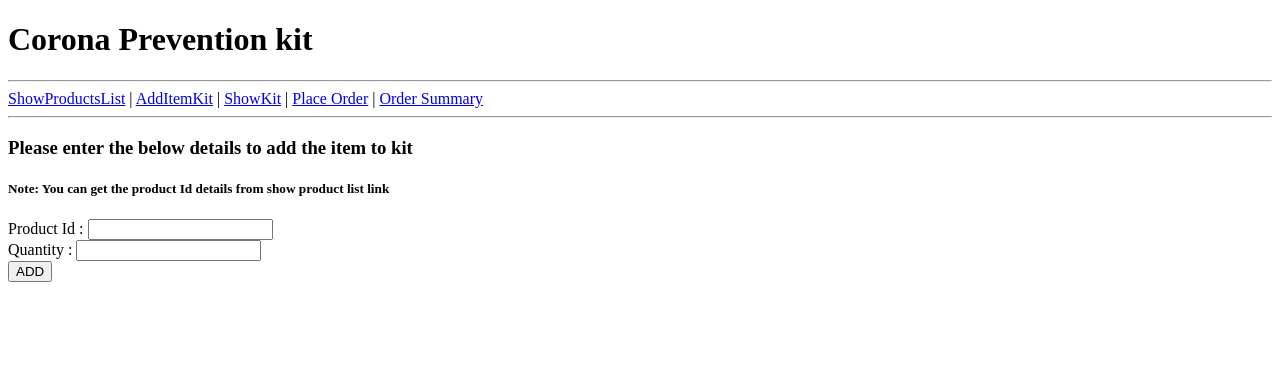
Repository: phanisree-chava/SBA-REPO
Page: http://localhost/CoronakitManagementPortal/newitemkit
The author's editor kept a copy of each file at every save. The page is drawn from the files as they stood at one save, then again after the next save.
The browser window is 1280 px wide. The pictures show the whole page.
The page is served by Tomcat 9. Other server files are loaded and not shown.

Above is the page before, as saved 2020-08-23 18:07:55.

### CoronakitManagementPortal/WebContent/additemkit.jsp
<%@ page language="java" contentType="text/html; charset=ISO-8859-1"
    pageEncoding="ISO-8859-1"%>

<%@ taglib prefix="c" uri="http://java.sun.com/jstl/core_rt" %>

<!DOCTYPE html>
<html>
<head>
<meta charset="ISO-8859-1">
<title>Corona Kit-All Products(user)</title>
</head>
<body>

	<jsp:include page="userheader.jsp" />

	<h3>Please enter the below details to add the item to kit</h3>
	<h5>Note: You can get the product Id details from show product list link</h5>

	<form action="additemkit">
		<div>
			<label>Product Id : </label>
			<input type="number"  name="productId" required  />
		</div>
		<div>
			<label>Quantity : </label>
			<input type="number" name="quantity"  required />
		</div>

		 <button>ADD</button>

	</form>
</body>
</html>

### CoronakitManagementPortal/WebContent/userheader.jsp
<header>
	<h1>Corona Prevention kit</h1>
	<hr />
		<nav>

			<a href="showproducts">ShowProductsList</a>
			<span>|</span>
			<a href="newitemkit">AddItemKit</a>
			<span>|</span>
			<a href="showkit">ShowKit</a>
			<span>|</span>
			<a href="placeorder">Place Order</a>
			<span>|</span>
			<a href="ordersummary">Order Summary</a>
		</nav>
	<hr />
</header>

### CoronakitManagementPortal/src/com/wellsfargo/fsd/cpk/controller/UserController.java
package com.wellsfargo.fsd.cpk.controller;

import java.io.IOException;
import java.time.LocalDate;
import java.time.LocalDateTime;
import java.util.List;

import javax.servlet.ServletException;
import javax.servlet.annotation.WebServlet;
import javax.servlet.http.HttpServlet;
import javax.servlet.http.HttpServletRequest;
import javax.servlet.http.HttpServletResponse;

import com.wellsfargo.fsd.cpk.dao.KitDetailDao;
import com.wellsfargo.fsd.cpk.entity.CoronaKit;
import com.wellsfargo.fsd.cpk.entity.KitDetail;
import com.wellsfargo.fsd.cpk.entity.OrderSummary;
import com.wellsfargo.fsd.cpk.entity.Product;
import com.wellsfargo.fsd.cpk.exception.CpkException;
import com.wellsfargo.fsd.cpk.service.ProductService;
import com.wellsfargo.fsd.cpk.service.ProductServiceImpl;

/**
 * Servlet implementation class UserController
 */
@WebServlet({ "/newuser","/insertuser","/showproducts","/newitemkit","/additemkit","/deleteitemkit","/showkit","/placeorder","/saveorder","/ordersummary" })
public class UserController extends HttpServlet {
	private static final long serialVersionUID = 1L;

	public static int kitId;
	private ProductService productService;
	private KitDetailDao kitDao;
	private CoronaKit ck;
	private OrderSummary orderSummary;

	@Override
	public void init() throws ServletException {
		productService = new ProductServiceImpl();
		kitDao= new KitDetailDao();
		ck= new CoronaKit();
		orderSummary = new OrderSummary();

	}

	protected void doGet(HttpServletRequest request, HttpServletResponse response)
			throws ServletException, IOException {

		String url = request.getServletPath();
		String viewName="";

		switch(url) {

		case "/newuser":
			viewName = showNewUserForm(request, response);
			break;
		case "/insertuser":
			viewName = insertNewUser(request, response);
			break;
		case "/showproducts":
			viewName = showAllProducts(request, response);
			break;
		case "/newitemkit":viewName=doNewItemToKit(request, response);break;
		case "/additemkit":viewName=addNewItemToKit(request, response); break;

		case "/deleteitemkit":
			viewName = deleteItemFromKit(request, response);
			break;
		case "/showkit":
			viewName = showKitDetails(request, response);
			break;
		case "/placeorder":
			viewName = showPlaceOrderForm(request, response);
			break;
		case "/saveorder":
			viewName = saveOrderForDelivery(request, response);
			break;
		case "/ordersummary":
			viewName = showOrderSummary(request, response);
			break;
		default : viewName = "notfound.jsp"; break;

		}

		request.getRequestDispatcher(viewName).forward(request, response);
	}

	protected void doPost(HttpServletRequest request, HttpServletResponse response)
			throws ServletException, IOException {
		doGet(request, response);
	}

	private String showNewUserForm(HttpServletRequest request, HttpServletResponse response)
			throws ServletException, IOException {

		return "newuser.jsp";

	}

	private String insertNewUser(HttpServletRequest request, HttpServletResponse response)
			throws ServletException, IOException {

		String view="";

		ck.setId(1);
		ck.setPersonName(request.getParameter("pname"));
		ck.setEmail(request.getParameter("email"));
		ck.setContactNumber(request.getParameter("pcontact"));

		//below code will delete previously stored kitDetails order items for new user
		try {
			kitDao.deleteAll();

		} catch (CpkException e) {
			request.setAttribute("errMsg", e.getMessage());
			view="errPage.jsp";
		}

		view="userprintMessage.jsp";

		request.setAttribute("msg","User details entered successfully");
		return view;
	}

	private String showAllProducts(HttpServletRequest request, HttpServletResponse response)
			throws ServletException, IOException {

		String view="";

		try {
			List<Product> items = productService.getAllItems();
			request.setAttribute("items", items);
			view="showproductstoadd.jsp";
		} catch (CpkException e) {
			request.setAttribute("errMsg", e.getMessage());
			view="errPage.jsp";
		}

		return view;
	}
	private String doNewItemToKit(HttpServletRequest request, HttpServletResponse response)
			throws ServletException, IOException {


		return "additemkit.jsp";
	}

	private String addNewItemToKit(HttpServletRequest request, HttpServletResponse response)
			throws ServletException, IOException {

		String view="";
		KitDetail kit = new KitDetail();


		int productId= Integer.parseInt(request.getParameter("productId"));
		int quantity= Integer.parseInt(request.getParameter("quantity"));

		kitId+=1;
		kit.setId(kitId);
		kit.setCoronaKitId(1);
		kit.setProductId(productId);
		kit.setQuantity(quantity);

		Product p=null;

		try {
			p = productService.getItemById(productId);
			request.setAttribute("msg", "Item Got added To Kit!");
		} catch (CpkException e) {
			request.setAttribute("errMsg", e.getMessage());
			view="errPage.jsp";
		}

		int cost=p.getCost();
		int amount =cost*quantity;

		kit.setAmount(amount);
		try {
			kitDao.add(kit);
		} catch (CpkException e) {
			request.setAttribute("errMsg", e.getMessage());
			view="errPage.jsp";
		}
		view="userprintMessage.jsp";

		return view;
	}

	private String deleteItemFromKit(HttpServletRequest request, HttpServletResponse response)
			throws ServletException, IOException {

		String view="";
		int id = Integer.parseInt(request.getParameter("productId"));


		try {
			kitDao.deleteById(id);
			request.setAttribute("msg", "Item Got Removed From The Kit!");

			view="userprintMessage.jsp";
		} catch (CpkException e) {
			request.setAttribute("errMsg", e.getMessage());
			view="errPage.jsp";
		}

		return view;
	}

	private String showKitDetails(HttpServletRequest request, HttpServletResponse response)
			throws ServletException, IOException {


String view="";


		try {
			List<KitDetail> items = kitDao.getAll();
			request.setAttribute("items", items);
			view="showkit.jsp";
		} catch (CpkException e) {
			request.setAttribute("errMsg", e.getMessage());
			view="errPage.jsp";
		}


		return view;
	}
	private String showPlaceOrderForm(HttpServletRequest request, HttpServletResponse response)
			throws ServletException, IOException {

		String view="placeorder.jsp";



		return view;
	}

	private String saveOrderForDelivery(HttpServletRequest request, HttpServletResponse response)
			throws ServletException, IOException {


		String view="";
		int totalAmount=0;
		String address= request.getParameter("paddress");
		ck.setDeliveryAddress(address);

		String order =request.getParameter("orderfinal");
		boolean orderFinal=order.equals("yes")?true:false;

		try {
			totalAmount = kitDao.getSumAmount();
		} catch (CpkException e) {
			request.setAttribute("errMsg", e.getMessage());
			view="errPage.jsp";
		}
		ck.setOrderFinalized(orderFinal);
		ck.setOrderDate(LocalDate.now());
		ck.setTotalAmount(totalAmount);
		orderSummary.setCoronaKit(ck);



		if (!orderFinal) {
			request.setAttribute("msg", "You cannot place the order without finalizing the order");

		}else
			request.setAttribute("msg", "order got placed successfully");

		view="userprintMessage.jsp";

		return view;
	}


	private String showOrderSummary(HttpServletRequest request, HttpServletResponse response)
			throws ServletException, IOException {

		String view="";
		CoronaKit ck1= orderSummary.getCoronaKit();

		if (ck1!=null) {
		request.setAttribute("msg", ck);
		try {
			List<KitDetail> items = kitDao.getAll();
			request.setAttribute("items", items);
			view="ordersummary.jsp";
		} catch (CpkException e) {
			request.setAttribute("errMsg", e.getMessage());
			view="errPage.jsp";
		}
		}
		else {
			request.setAttribute("msg","Please complete the place order and then order summary can be displayed");
			view="userprintMessage.jsp";
		}

		return view;
	}
}

### CoronakitManagementPortal/src/com/wellsfargo/fsd/cpk/service/ProductServiceImpl.java
package com.wellsfargo.fsd.cpk.service;


import java.util.ArrayList;
import java.util.List;

import com.wellsfargo.fsd.cpk.dao.ProductDao;
import com.wellsfargo.fsd.cpk.dao.ProductDaoJdbcImpl;
import com.wellsfargo.fsd.cpk.entity.Product;
import com.wellsfargo.fsd.cpk.exception.CpkException;

public class ProductServiceImpl implements ProductService {

	ProductDao itemDao;

	public ProductServiceImpl() {
		itemDao = new ProductDaoJdbcImpl();
	}

	private boolean isIdValid(Integer id) {
		return id > 0;
	}

	private boolean isProductNameValid(String productName) {
		return productName != null && (productName.length() >= 3 || productName.length() <= 20);
	}

	private boolean isCostValid(Integer cost) {
		return cost != null;
	}



	private boolean isProductDescriptionValid(String productDescription) {
		return productDescription != null;
	}



	private boolean isValidItem(Product item) throws CpkException {
		List<String> errMsg = new ArrayList<>();

		boolean isValid = true;

		if (!isIdValid(item.getId())) {
			isValid = false;
			errMsg.add("Icode can not be null or negative or zero");
		}

		if (!isProductNameValid(item.getProductName())) {
			isValid = false;
			errMsg.add("Product Name can not be blank, title must be of 3 to 20 chars in length");
		}


		if (!isCostValid(item.getCost())) {
			isValid = false;
			errMsg.add("Cost can not be null");
		}



		if (!isProductDescriptionValid(item.getProductDescription())) {
			isValid = false;
			errMsg.add("product description can not be zero or negative");
		}



		if (!isValid) {
			throw new CpkException(errMsg.toString());
		}

		return isValid;
	}

	@Override
	public Product validateAndAdd(Product item) throws CpkException {
		if(item!=null) {
			if(isValidItem(item)) {
				itemDao.add(item);
			}
		}
		return item;
	}

	@Override
	public Product validateAndSave(Product item) throws CpkException {
		if(item!=null) {
			if(isValidItem(item)) {
				itemDao.save(item);
			}
		}
		return item;
	}

	@Override
	public boolean deleteItem(int id) throws CpkException {
		return itemDao.deleteById(id);
	}

	@Override
	public Product getItemById(int id) throws CpkException {
		return itemDao.getById(id);
	}

	@Override
	public List<Product> getAllItems() throws CpkException {
		return itemDao.getAll();
	}

}

### CoronakitManagementPortal/src/com/wellsfargo/fsd/cpk/dao/ProductDao.java
package com.wellsfargo.fsd.cpk.dao;

import java.util.List;

import com.wellsfargo.fsd.cpk.entity.Product;
import com.wellsfargo.fsd.cpk.exception.CpkException;

public interface ProductDao {

	Product add(Product item) throws CpkException;
	Product save(Product item) throws CpkException;
	boolean deleteById(Integer id) throws CpkException;

	Product getById(Integer id) throws CpkException;
	List<Product> getAll() throws CpkException;

}

### CoronakitManagementPortal/src/com/wellsfargo/fsd/cpk/dao/ProductDaoJdbcImpl.java
package com.wellsfargo.fsd.cpk.dao;

import java.sql.Connection;
import java.sql.Date;
import java.sql.PreparedStatement;
import java.sql.ResultSet;
import java.sql.SQLException;
import java.util.ArrayList;
import java.util.List;

import javax.naming.NamingException;

import com.wellsfargo.fsd.cpk.entity.Product;
import com.wellsfargo.fsd.cpk.exception.CpkException;

public class ProductDaoJdbcImpl implements ProductDao {

	public static final String INS_ITEM_QRY = "INSERT INTO products (id,productName,cost,productDescription) values(?,?,?,?)";
	public static final String UPD_ITEM_QRY = "UPDATE products SET productName=?,cost=?,productDescription=? WHERE id=?";
	public static final String DEL_ITEM_QRY = "DELETE FROM products WHERE id=?";
	public static final String SEL_ITEM_QRY_BY_ID = "SELECT id,productName,cost,productDescription FROM products WHERE id=?";
	public static final String SEL_ALL_ITEMS_QRY = "SELECT id,productName,cost,productDescription FROM products";

	public Product add(Product item) throws CpkException {
		if (item != null) {
			try (Connection con = ConnectionFactory.getConnection();
					PreparedStatement pst = con.prepareStatement(INS_ITEM_QRY)) {

				pst.setInt(1, item.getId());
				pst.setString(2, item.getProductName());

				pst.setDouble(3, item.getCost());
				pst.setString(4, item.getProductDescription());

				pst.executeUpdate();

			} catch (SQLException | NamingException exp) {
				exp.printStackTrace();
				throw new CpkException("Adding the item failed!");
			}
		}
		return item;
	}

	@Override
	public Product save(Product item) throws CpkException {
		if (item != null) {
			try (Connection con = ConnectionFactory.getConnection();
					PreparedStatement pst = con.prepareStatement(UPD_ITEM_QRY)) {


				pst.setString(1, item.getProductName());
				pst.setDouble(2, item.getCost());
				pst.setString(3, item.getProductDescription());
				pst.setInt(4, item.getId());


				pst.executeUpdate();

			} catch (SQLException | NamingException exp) {
				exp.printStackTrace();
				throw new CpkException("Saving the item failed!");
			}
		}
		return item;
	}

	@Override
	public boolean deleteById(Integer id) throws CpkException {
		boolean isDeleted = false;
		try (Connection con = ConnectionFactory.getConnection();
				PreparedStatement pst = con.prepareStatement(DEL_ITEM_QRY)) {

			pst.setInt(1, id);

			int rowsCount = pst.executeUpdate();

			isDeleted = rowsCount > 0;

		} catch (SQLException | NamingException exp) {
			exp.printStackTrace();
			throw new CpkException("Deleting the item failed!");
		}

		return isDeleted;
	}

	@Override
	public Product getById(Integer id) throws CpkException {
		Product item = null;

		try (Connection con = ConnectionFactory.getConnection();
				PreparedStatement pst = con.prepareStatement(SEL_ITEM_QRY_BY_ID)) {

			pst.setInt(1, id);

			ResultSet rs = pst.executeQuery();

			if (rs.next()) {
				item = new Product();
				item.setId(rs.getInt(1));
				item.setProductName(rs.getString(2));
				item.setCost(rs.getInt(3));
				item.setProductDescription(rs.getString(4));
			}

		} catch (SQLException | NamingException exp) {
			exp.printStackTrace();
			throw new CpkException("Retrival the item failed!");
		}

		return item;
	}

		@Override
	public List<Product> getAll() throws CpkException {
		List<Product> items = new ArrayList<>();

		try (Connection con = ConnectionFactory.getConnection();
				PreparedStatement pst = con.prepareStatement(SEL_ALL_ITEMS_QRY)) {

			ResultSet rs = pst.executeQuery();

			while (rs.next()) {
				Product item = new Product();
				item.setId(rs.getInt(1));
				item.setProductName(rs.getString(2));
				item.setCost(rs.getInt(3));
				item.setProductDescription(rs.getString(4));

				items.add(item);
			}

			if(items.isEmpty()) {
				items=null;
			}
		} catch (SQLException | NamingException exp) {
			exp.printStackTrace();
			throw new CpkException("Retrival the item failed!");
		}
		return items;
	}

}

### CoronakitManagementPortal/WebContent/footer.jsp



























<h2>
<footer>
  <p>2020 @ CORONA<p>

</footer>

</h2>

After the next save:
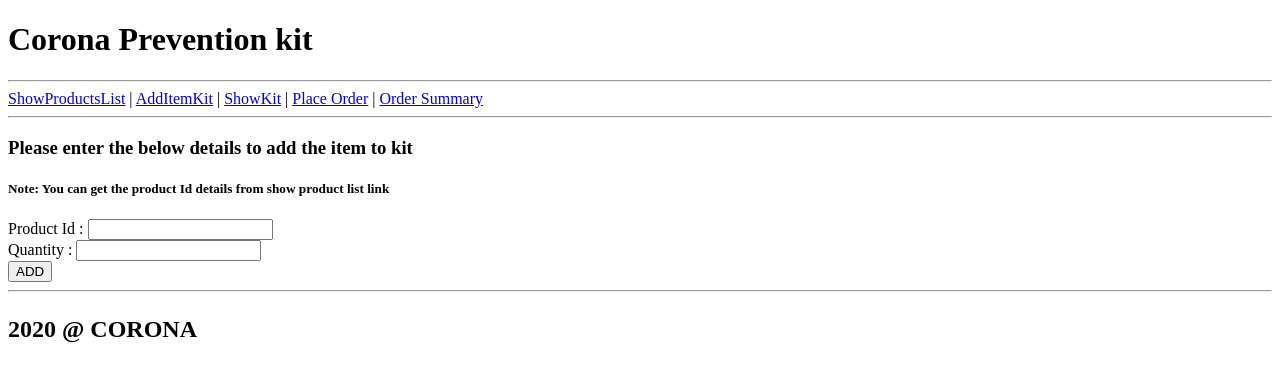
Saved 60 s later.
--- a/CoronakitManagementPortal/WebContent/additemkit.jsp
+++ b/CoronakitManagementPortal/WebContent/additemkit.jsp
@@ -29,5 +29,10 @@
 		 <button>ADD</button>
 
 	</form>
+
+
+
+<hr/>
+	<jsp:include page="footer.jsp"/>
 </body>
 </html>
